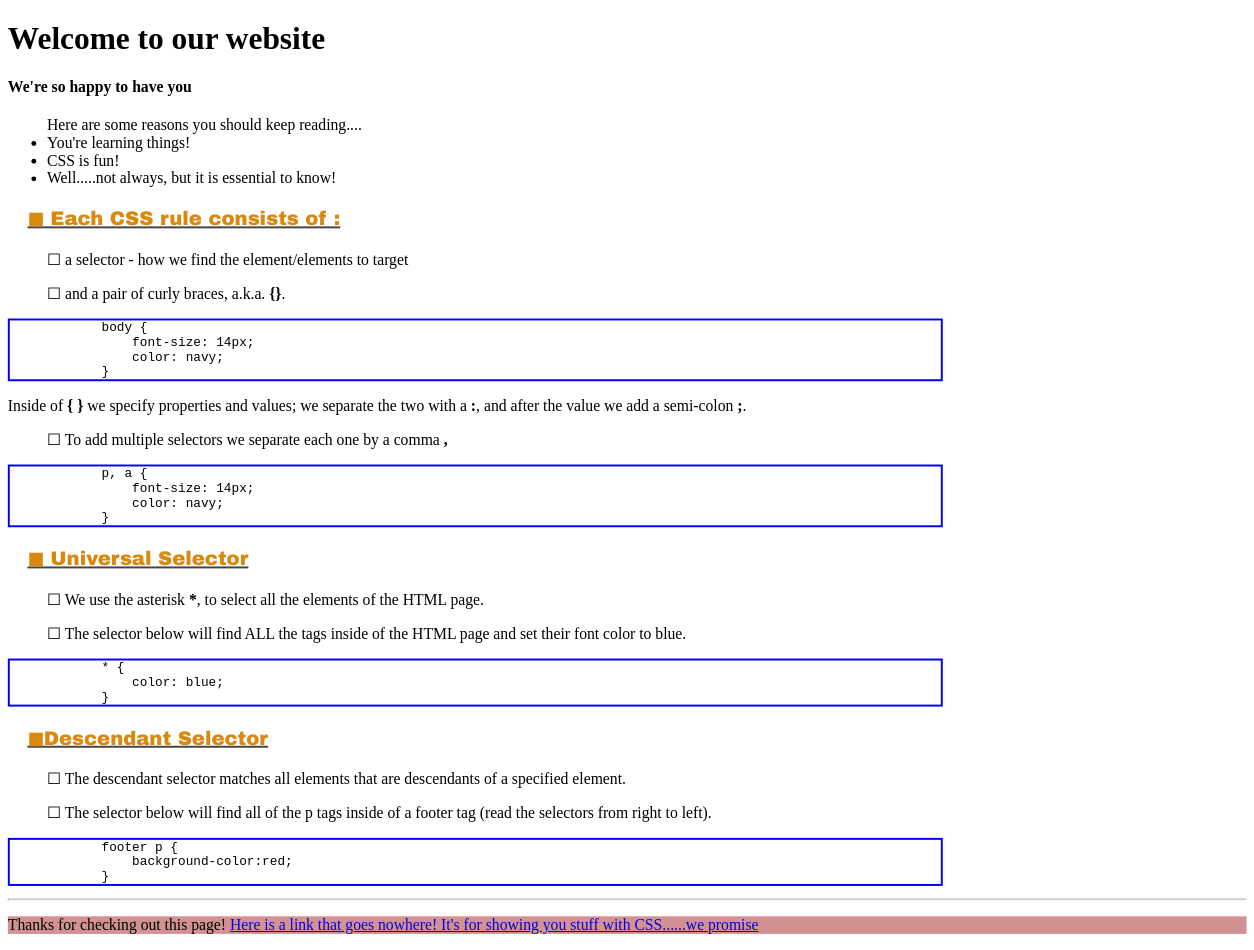
Repository: AnnaSpirit/Tests__
Page: CSS/Useful_Selectors.html
These files come from the project's save history. The page is drawn as it stood at one moment and after the next save; the edit follows.
The browser window is 1280 px wide. The pictures show the whole page, at 98% of full size.

Above is the page before, as saved 2024-04-01 17:33:42.

After the next save:
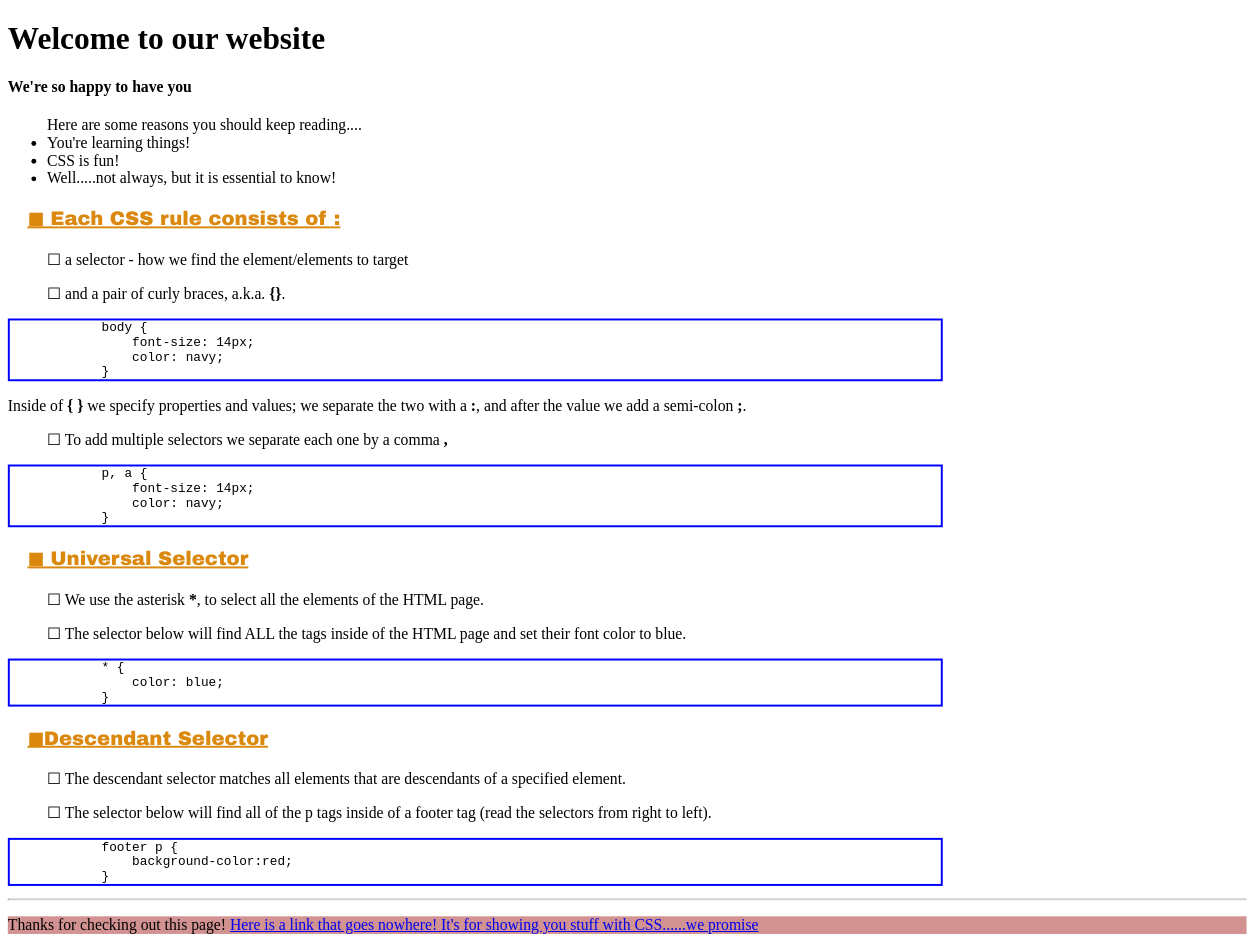
Saved 19 s later.
--- a/CSS/style_Selectors.css
+++ b/CSS/style_Selectors.css
@@ -10,6 +10,6 @@ h3{
     font-family: "Arial Black", Gadget, sans-serif;
     font-size: 20px;
     color: #DA890E;
-    text-decoration: underline rgb(68, 68, 68);
+    text-decoration: underline rgb(218, 137, 14);
 
 }
